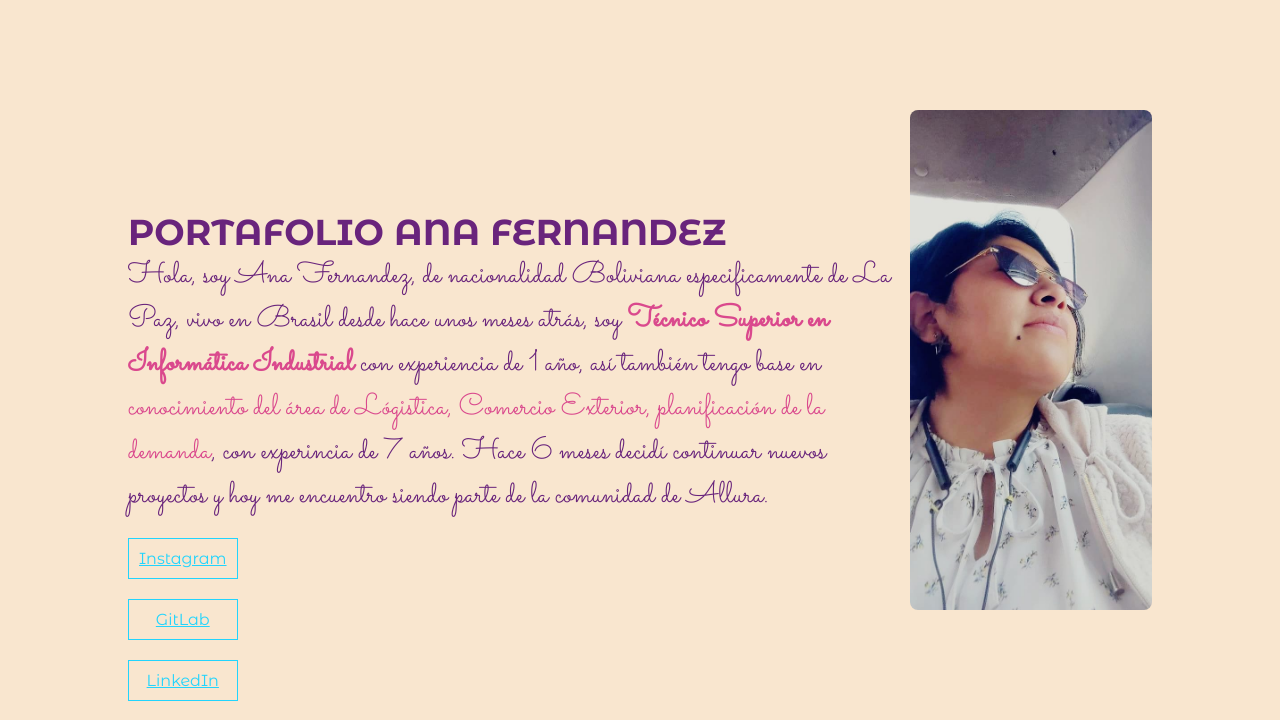
Repository: AnaFzCz/PROYECTOS-HTML---CSS2
Page: Portafolio/index.html
These files come from the project's save history. The page is drawn as it stood at one moment and after the next save; the edit follows.
The browser window is 1280 px wide. The pictures show the whole page.

Above is the page before, as saved 2025-01-27 04:59:07.

### Portafolio/index.html
<!DOCTYPE html>
<html lang="en">

<head>
    <meta charset="UTF-8">
    <meta http-equiv="X-UA-Compatible" content="IE=edge">
    <meta name="viewport" content="width=device-width, initial-scale=1.0">
    <title>Portafolio</title>
    <link rel="stylesheet" href="style.css">
</head>

<body>
    <header>

    </header>
    <main class="presentacion">
        <div class="container responsivo-container">
            <h1 class="presentacion_titulo">PORTAFOLIO ANA FERNANDEZ</h1>
            <p class="presentacion_parrafo">Hola, soy Ana Fernandez, de nacionalidad Boliviana especificamente de La
                Paz, vivo en Brasil desde hace
                unos meses atrás, soy <strong class="destacar">Técnico Superior en Informática Industrial</strong> con
                experiencia de 1 año, así también tengo base en <span>conocimiento del área de Lógistica, Comercio
                    Exterior, planificación de la demanda</span>, con experincia de 7 años. Hace 6 meses decidí
                continuar nuevos proyectos y hoy me encuentro siendo parte de la comunidad de Allura.</p>

            <div class="presentacion_links">
                <a class="bot" href="https://instagram.com/anafzcz">Instagram</a>
                <a class="bot" href="https://github.com/AnaFzCz">GitLab</a>
                <a class="bot" href="https://linkedin.com/in/ana-fernandez-cruz-238787124">LinkedIn</a>
            </div>
        </div>
        <img src="mindfullness.jpg" alt="myself" style="width:250px;height: 500px;">
    </main>
    <footer></footer>
</body>

</html>

### Portafolio/style.css
@import url('https://fonts.googleapis.com/css2?family=Montserrat+Alternates:ital,wght@0,100;0,200;0,300;0,400;0,500;0,600;0,700;0,800;0,900;1,100;1,200;1,300;1,400;1,500;1,600;1,700;1,800;1,900&family=Sacramento&display=swap');

/*Resetear configuraciones*/
* {
  margin: 0;
  padding: 0;
}

body {
  height: 100vh;
  display: flex;
  box-sizing: border-box;
  justify-content: center;
  align-items: center;
  background-color: #F9E6CF;
  color: #69247C;
  font-family: "Montserrat Alternates", serif;
  /*font-family: "papyrus";*/
}

/*p {
  margin: 10px;
  border: 2px solid purple;
  padding: 5px;
}*/

.destacar {
  color: #DA498D;
}

/*contenedor de las columnas*/
.presentacion {
  margin: 10%;
  display: flex;
  align-items: center;
  justify-content: space-between;

}

.container {
  display: flex;
  align-items: center;
  height: 300px;
  weight: 615px;
  ;
  /* Altura ajustável conforme necessário */
}

.responsivo-container {
  display: flex;
  flex-direction: row;
  flex-wrap: wrap;
}

span {
  color: #DA498D;
}

a {
  color: #22D4FD;
  border: 1px solid #22D4FD;
  padding: 10px;
  text-align: center;
}

.bot {
  margin-top: 20px;
  display: flex;
  justify-content: center;
}


.presentacion_titulo {
  align-content: center;
  font-size: 36px;
  font-family: "Montserrat Alternates", serif;
}

.presentacion_parrafo {

  font-size: 30px;
  font-family: "Sacramento", serif;
  ;
}

img {
  border-radius: 8px;
  display: block;
  margin-left: auto;
  margin-right: auto;
}

img:hover {
  transform: scaleX(-1);
}

After the next save:
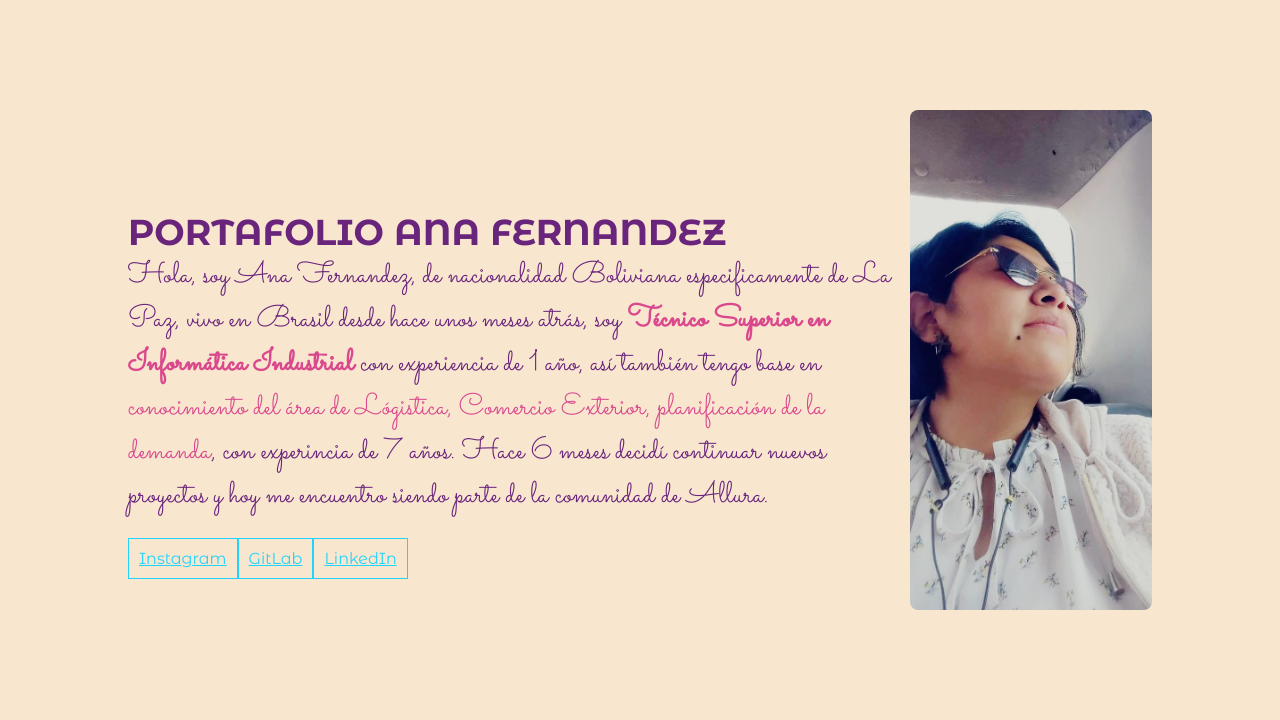
Saved 2 min 43 s later.
--- a/Portafolio/style.css
+++ b/Portafolio/style.css
@@ -80,7 +80,11 @@ a {
 
   font-size: 30px;
   font-family: "Sacramento", serif;
-  ;
+  }
+
+.presentacion_links{
+  display: flex;
+  justify-content: space-between;
 }
 
 img {
